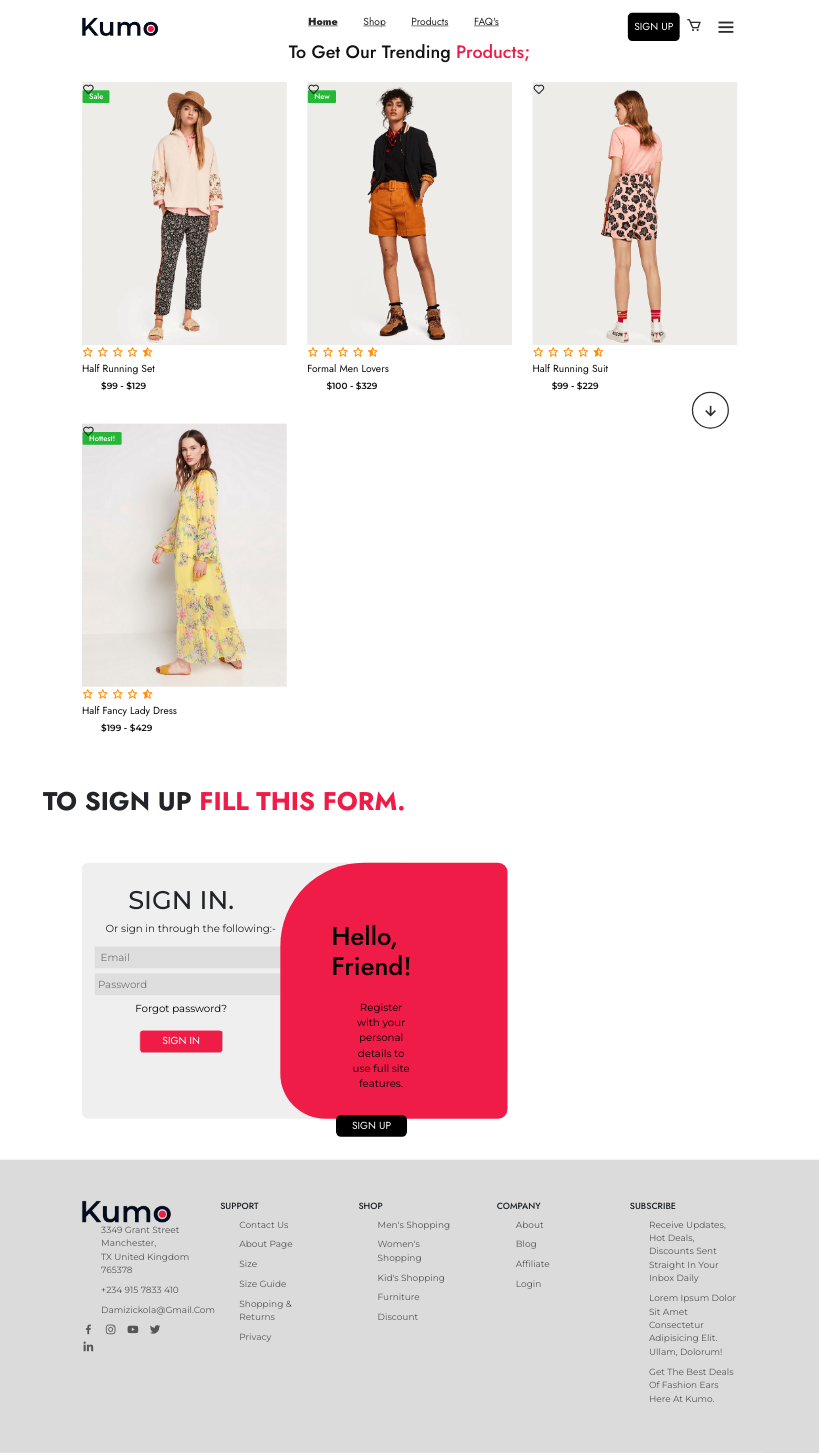
Repository: isaacCodes1/Kumo-Website.
Page: form.html
These files come from the project's save history. The page is drawn as it stood at one moment and after the next save; the edit follows.
The browser window is 1280 px wide. The pictures show the whole page, at 64% of full size.
The pointer rests on the first visible `.pro2`.

Above is the page before, as saved 2024-03-26 11:44:36.

After the next save:
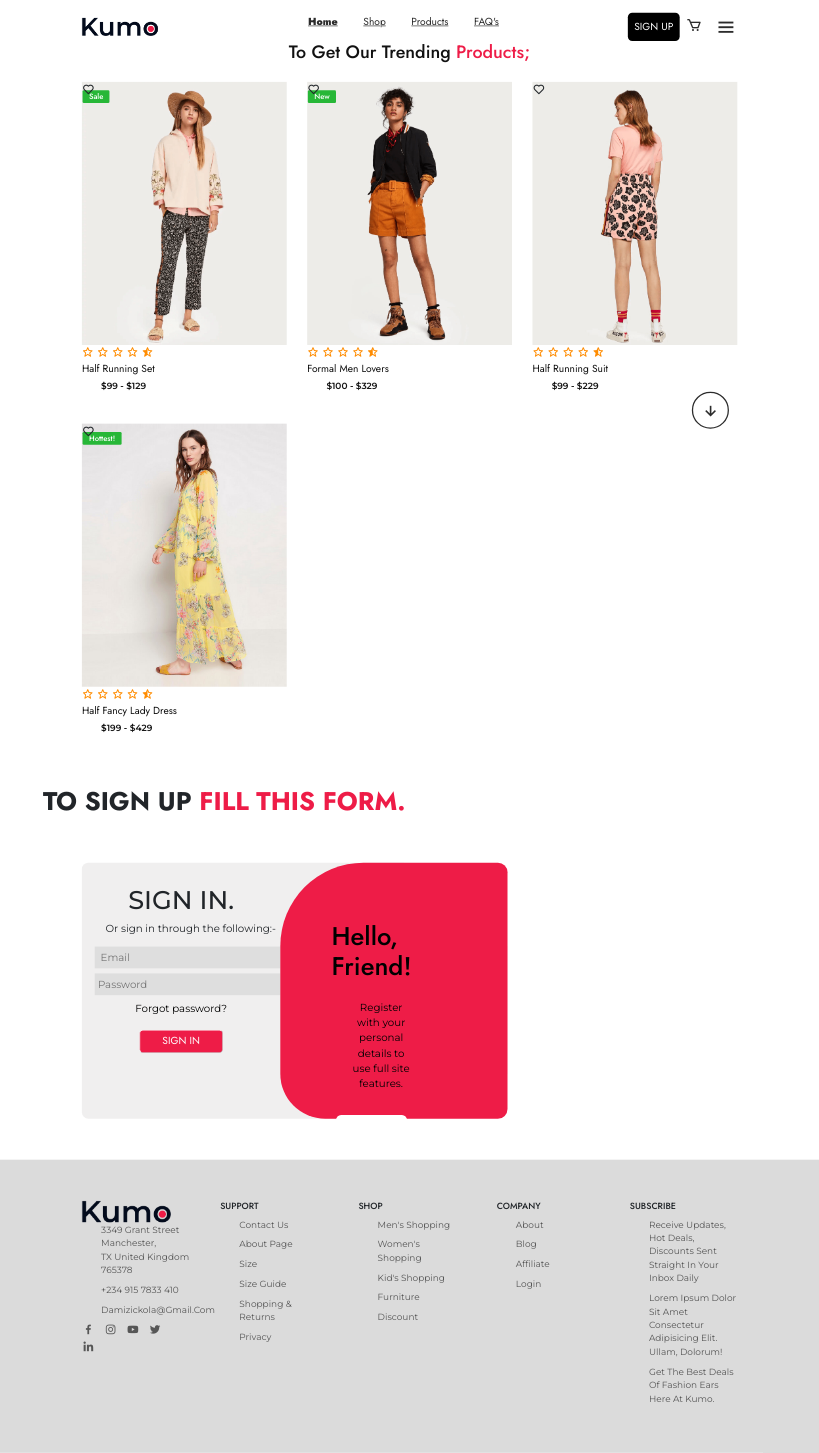
Saved 12 s later.
--- a/style.css
+++ b/style.css
@@ -529,7 +529,7 @@ p {
 }
 .pro2:hover {
   transition: 0.15s;
-  background-color: #000;
+  background-color: #fff;
   color: #fff;
   cursor: pointer;
 }
